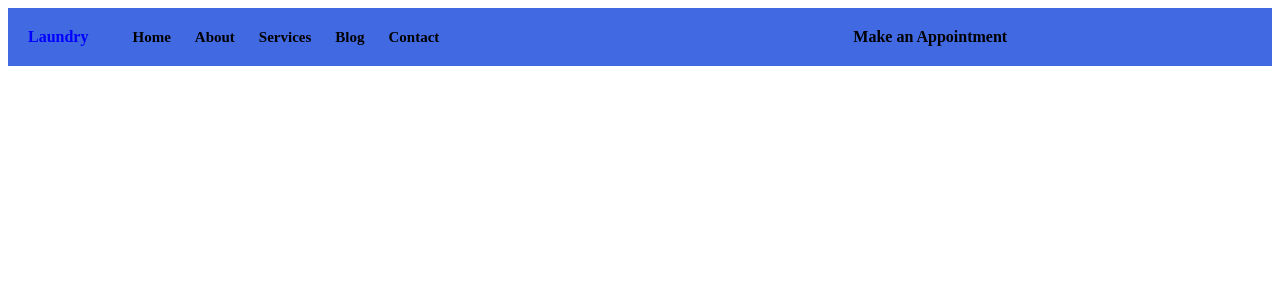
Repository: Tobby004/BDC-Assignment-4
Page: index.html
These files come from the project's save history. The page is drawn as it stood at one moment and after the next save; the edit follows.
The browser window is 1280 px wide. The pictures show the whole page.

Above is the page before, as saved 2023-03-08 04:23:03.

### index.html
<!DOCTYPE html>
<html lang="en">
<head>
    <meta charset="UTF-8">
    <meta http-equiv="X-UA-Compatible" content="IE=edge">
    <meta name="viewport" content="width=device-width, initial-scale=1.0">
    <title>template</title>
    <link rel="stylesheet" href="task.css">
</head>
<body>
    <div class="navbar">
    <ul>
        <b>Laundry</b>
        <li><a href="#">Home</a></li>
        <li><a href="#">About</a></li>
        <li><a href="#">Services</a></li>
        <li><a href="#">Blog</a></li>
        <li><a href="#">Contact</a></li>
       <li><b>Make an Appointment</b></li>
    </ul>
    </div>
</body>
</html>

### task.css
* {
    box-sizing: border-box;
}
body {
    background-color: #ffff;
}
.navbar ul {
 margin: auto;
 background-color: royalblue;
 padding: 20px;
}
.navbar li {
    display: inline-block;
}
.navbar b {
    margin-right: 30px;
    color: blue;
}
.navbar a {
    text-decoration: none;
    padding: 10px;
    color: black;
    font-size: 15px;
    font-weight: bold;
    font-family: 'Times New Roman', Times, serif;
}
.navbar li b {
    color: black;
    display: inline-block;
    margin-left: 400px;
}

After the next save:
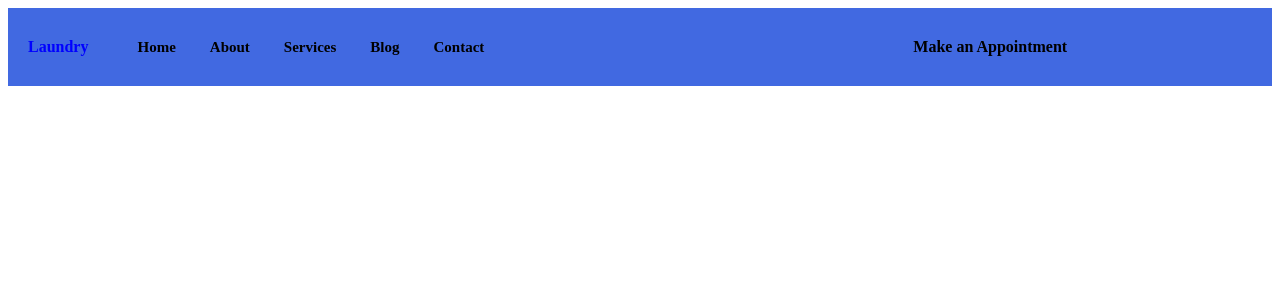
Saved 34 s later.
--- a/task.css
+++ b/task.css
@@ -18,7 +18,7 @@ body {
 }
 .navbar a {
     text-decoration: none;
-    padding: 10px;
+    padding: 15px;
     color: black;
     font-size: 15px;
     font-weight: bold;
@@ -27,5 +27,6 @@ body {
 .navbar li b {
     color: black;
     display: inline-block;
+    padding: 10px;
     margin-left: 400px;
 }
